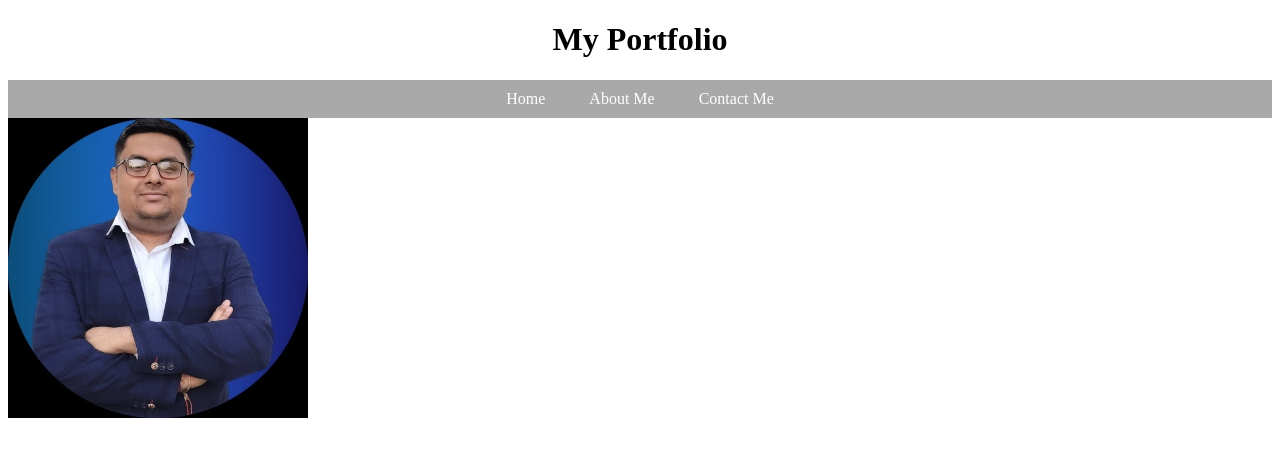
Repository: harshitanthal1/my_portfolio
Page: index.html
These files come from the project's save history. The page is drawn as it stood at one moment and after the next save; the edit follows.
The browser window is 1280 px wide. The pictures show the whole page.

Above is the page before, as saved 2024-02-02 13:06:21.

After the next save:
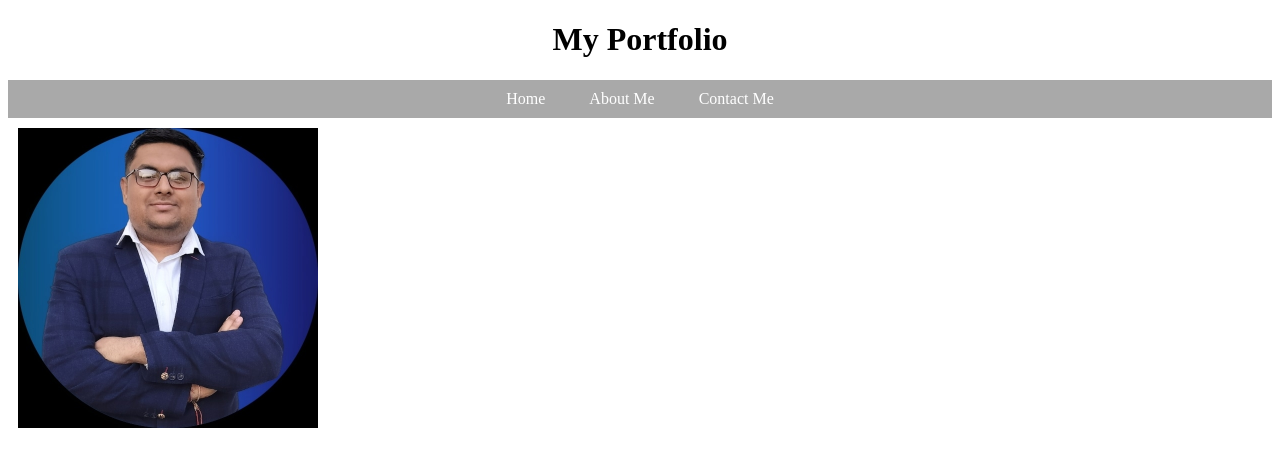
Saved 51 s later.
--- a/styles/styles.css
+++ b/styles/styles.css
@@ -19,3 +19,7 @@ a {
     text-decoration: none;
     color: white;
 }
+
+#profile {
+    padding: 10px;
+}
